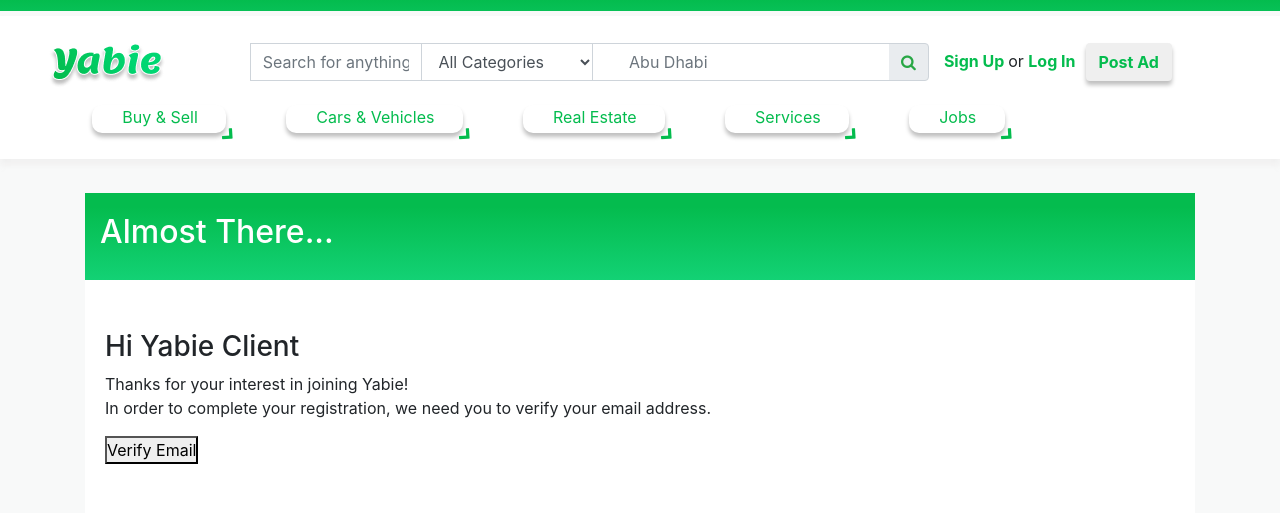
Repository: muazzamkha95/yabie
Page: confirm-email.html
The author's editor kept a copy of each file at every save. The page is drawn from the files as they stood at one save, then again after the next save.
The browser window is 1280 px wide. The pictures show the whole page.

Above is the page before, as saved 2020-07-09 15:46:23.
Console error: TypeError: Cannot read properties of undefined (reading 'fn')

### confirm-email.html
<!DOCTYPE html>
<html lang="en">
<head>
    <meta charset="UTF-8">
    <meta name="viewport" content="width=device-width, initial-scale=1.0">
    <title>SignUp Page</title>

    <link rel="stylesheet" href="https://maxcdn.bootstrapcdn.com/bootstrap/4.0.0/css/bootstrap.min.css" integrity="sha384-Gn5384xqQ1aoWXA+058RXPxPg6fy4IWvTNh0E263XmFcJlSAwiGgFAW/dAiS6JXm" crossorigin="anonymous">
    <link rel="stylesheet" href="https://stackpath.bootstrapcdn.com/font-awesome/4.7.0/css/font-awesome.min.css" integrity="sha384-wvfXpqpZZVQGK6TAh5PVlGOfQNHSoD2xbE+QkPxCAFlNEevoEH3Sl0sibVcOQVnN" crossorigin="anonymous">
    <link href="css/main.css"  rel="stylesheet"></link>


</head>
<body>
        <div class="topBar"></div>
        <nav class="navbar">
            <div class="maincontainer">
                <div class="row">
                        <div class="col-md-2">
                            <img src="images/YabieLogo.png" alt="Yabie Logo" class="logo"/>
                        </div>
                        <div class="col-md-7">
                            <form class="form-inline" action="#">
                                <div class="input-group">
                                    <input type="text" class="form-control" placeholder="Search for anything" required>
                                    <select class="form-control border-right-0" required>
                                        <option>All Categories</option>
                                        <option value="a">A</option>
                                        <option value="b">B</option>
                                    </select>
                                    <div class="input-group">
                                        <div class="input-group-append">
                                            <span class="input-group-text bg-white text-success border-right-0"><i class="fa fa-map-marker-alt"></i></span>
                                        </div>
                                        <input type="text" class="form-control border-left-0 border-right-0" placeholder="Abu Dhabi" required>
                                        <div class="input-group-append">
                                            <button type="submit" class="input-group-text"><i class="fa fa-search text-success"></i></button>
                                        </div>
                                    </div>
                                </div>
                            </form>
                        </div>
                        <div class="col-md-3" >
                            <div class="row text-center">
                                <span style="padding-top: 6px;">
                                    <span class="btext"> Sign Up </span>  or <span class="btext">Log In</span>
                                </span>

                                <button class="btn btn-default btext pull-right boxshadow" style="margin-left: 10px;">Post Ad</button>
                            </div>
                        </div>

                </div>
                <div class="row mt-3" >
                    <span class="categoryTab">Buy & Sell <i class="keyboard_arrow_down_24px_rounded fa fa-chevron-right "></i></span>
                    <span class="categoryTab">Cars & Vehicles  <i class="keyboard_arrow_down_24px_rounded fa fa-chevron-right "></i></span>
                    <span class="categoryTab">Real Estate <i class="keyboard_arrow_down_24px_rounded fa fa-chevron-right "></i></span>
                    <span class="categoryTab">Services <i class="keyboard_arrow_down_24px_rounded fa fa-chevron-right "></i></span>
                    <span class="categoryTab">Jobs <i class="keyboard_arrow_down_24px_rounded fa fa-chevron-right "></i></span>
                </div>
            </div>
        </nav>

        <main  role="main" class="mainSection">
            <div class="container" >

                <div class="col-md-12 confirm-head">
                    <h2 >Almost There...</h2>
                </div>
                <div class="col-md-12 confirm-body">
                    <h3>
                        Hi Yabie Client
                    </h3>
                    <p>
                        Thanks for your interest in joining Yabie!<br/> In order to complete your registration, we need you to verify your email address.
                    </p>
                    <button class="">Verify Email</button>
                </div>


            </div>

        </main>


</body>
<script src="https://maxcdn.bootstrapcdn.com/bootstrap/4.0.0/js/bootstrap.min.js" integrity="sha384-JZR6Spejh4U02d8jOt6vLEHfe/JQGiRRSQQxSfFWpi1MquVdAyjUar5+76PVCmYl" crossorigin="anonymous"></script>
<script src="js/main.js" type="text/javascript"></script>
</html>

### css/main.css
/* Body */
*{
    padding: 0;
    margin: 0;
}
body{
    background: #F8F9F9;

}
a{
    color: #04BC4E;
    text-decoration: none;
    font-weight: bold;
}
a:hover{
    color: ;
}

/* Main navbar css */

.topBar{

    position: absolute;
    width: 100%;
    height: 11px;
    left: 0px;
    top: 0px;

    background: linear-gradient(180deg, #04BC4E 0%, #15D57B 537.5%);
}


nav{
    position: absolute;
    width: 100%;
    height: 143px;
    left: 0px;
    top: 16px;
    background: #FFFFFF;
    box-shadow: 0px 6px 6px rgba(219, 214, 214, 0.25);
    padding-top: 20px;
}

.maincontainer{
    width: 95%;
    margin-left:auto;
    margin-right: auto;
}

.logo{
    height: 100;
}
.btext{
    font-weight: bold;
    color: #04BC4E;
}
.light-text{
    color:lightgray;
}
.light-note-text{
    font-size: 12px;
    color:lightgray;
}

.boxshadow{
    box-shadow: 0px 4px 4px rgba(0, 0, 0, 0.25);
}

.categoryTab{
    display: inline;
    box-shadow: 0px 4px 4px rgba(0, 0, 0, 0.25);
    background-color: #FFFFFF;
    color: #04BC4E;
    border-radius: 10px;
    margin-left: 60px;
    padding-left: 30px;


}
.keyboard_arrow_down_24px_rounded{
    position: relative;
    width: 24px;
    height: 24px;
    left:17px;
    top: 22px;
    transform: rotate(41.5deg);

}

/* Main section  */

.mainSection{
    width: 90%;
    margin-left: auto;
    margin-right: auto;
    margin-top: 50px;



}


.sectionTitle{

    font-family:sans-serif;
    font-style: normal;
    font-weight: 500;
    font-size: 24px;
    line-height: 29px;

    color: #3E4153;
}
.sectionSeeAll{
    color: #04BC4E;
    margin-right: 20px;
}
/* Ad card  */

.adcard{
    background: #FFFFFF;
    padding: 10px;
    margin-right: 21.85px;
    width: 177px;
}
.adTitle{
    font-family: sans-serif;
    font-style: normal;
    font-weight: bold;
    font-size: 16px;
    line-height: 19px;
    color: #000000;
    margin-top: 20px;
}
.adPrice{
    position: relative;
    width: 81px;
    height: 33px;
    left: -160px;
    top: 60px;
    padding: 5px;

    background: #4F4A4A;
    mix-blend-mode: hard-light;
    border-radius: 0px 10px 10px 0px;
    z-index: 999;
}

/* Login Page */

.mainSectionLogin{

    height: 100vh;
    background: linear-gradient(257.12deg, #04BC4E 56.95%, #15D57B 84.28%);
}
.login-btn{
    width: 100%;
    background-color:  #04BC4E;
    color: white;
    font-weight: bold;
}

input{
    border-radius: 0 !important;
    /* margin: 40px 0px 40px 0px; */
}

/* Email Confirmation Page */
.confirm-head{
    background: linear-gradient(180deg, #04BC4E 15.92%, #15D57B 113.67%);
    height: 87px;
}
.confirm-body{
    background:#FFFFFF;
    height: 60vh;
    padding: 50px 20px 50px 20px;
}

.confirm-head > h2{
    color: white;
    padding-top: 20px;
}

Loaded but not shown: js/main.js (no stored copy; drawn as an empty file)

After the next save:
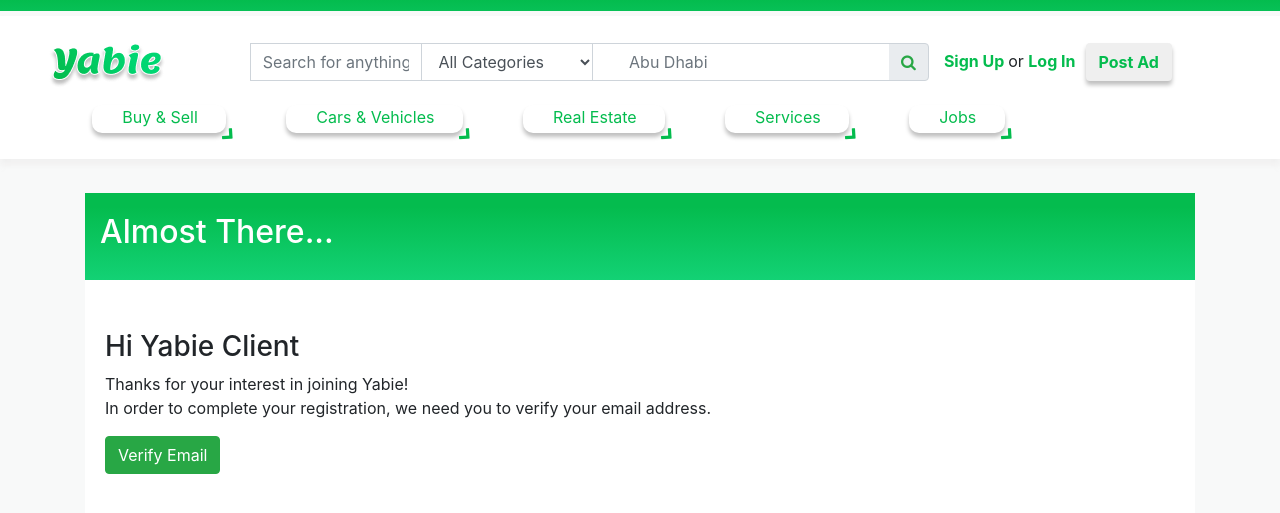
Saved 13 s later.
--- a/confirm-email.html
+++ b/confirm-email.html
@@ -74,7 +74,7 @@
                     <p>
                         Thanks for your interest in joining Yabie!<br/> In order to complete your registration, we need you to verify your email address.
                     </p>
-                    <button class="">Verify Email</button>
+                    <button class="btn btn-success">Verify Email</button>
                 </div>
 
 
